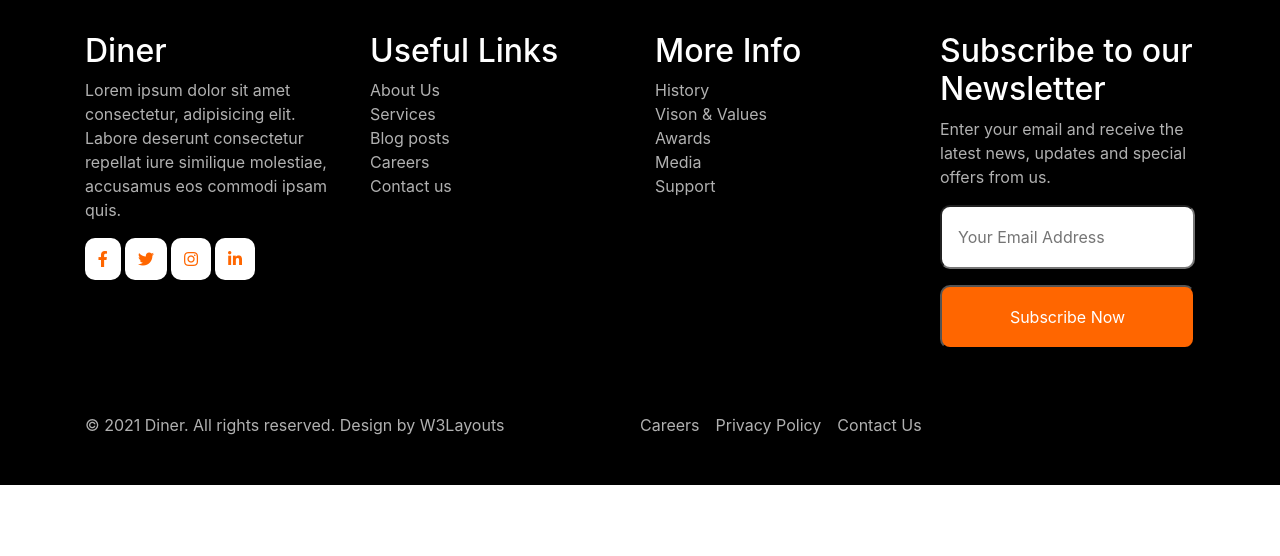
Repository: ngoctinvo/diner_project_cybersoft
Page: index.html
These files come from the project's save history. The page is drawn as it stood at one moment and after a run of saves; the edit follows.
The browser window is 1280 px wide. The pictures show the whole page.
Some web libraries are served in a nearby version. The style sheet was rebuilt from its Sass, Less or Tailwind sources for each picture, by a compiler version that may differ from the author's.

Above is the page before, as saved 2022-04-16 15:45:44.
Not found: js/index.js

### index.html
<!DOCTYPE html>
<html lang="en">

<head>
    <meta charset="UTF-8">
    <meta http-equiv="X-UA-Compatible" content="IE=edge">
    <meta name="viewport" content="width=device-width, initial-scale=1.0">
    <title>Document</title>
    <link rel="stylesheet" href="https://cdnjs.cloudflare.com/ajax/libs/font-awesome/6.1.1/css/all.min.css" />
    <link rel="stylesheet" href="https://cdnjs.cloudflare.com/ajax/libs/aos/2.3.4/aos.css" />
    <link rel="stylesheet" href="https://cdnjs.cloudflare.com/ajax/libs/animate.css/4.1.1/animate.min.css" />
    <link rel="stylesheet" href="https://cdnjs.cloudflare.com/ajax/libs/slick-carousel/1.8.1/slick.min.css" />
    <link rel="stylesheet" href="https://cdnjs.cloudflare.com/ajax/libs/slick-carousel/1.8.1/slick-theme.min.css" />
    <link rel="stylesheet" href="https://cdn.jsdelivr.net/npm/bootstrap@4.6.0/dist/css/bootstrap.min.css" />
    <link rel="stylesheet" href="https://cdnjs.cloudflare.com/ajax/libs/font-awesome/5.15.4/css/all.min.css" />
    <link rel="stylesheet" href="./css/index.css">
</head>

<body>
    <header></header>
    <footer class="footer">
        <div class="container">
            <div class="infor">
                <div class="row">
                    <div class="col-lg-3 col-md-6 col-sm-12">
                        <div class="item diner">
                            <h2>Diner</h2>
                            <p>Lorem ipsum dolor sit amet consectetur, adipisicing elit. Labore deserunt consectetur repellat iure similique molestiae, accusamus eos commodi ipsam quis.</p>
                            <div class="icon">
                                <i class="fab fa-facebook-f"></i>
                                <i class="fab fa-twitter"></i>
                                <i class="fab fa-instagram"></i>
                                <i class="fab fa-linkedin-in"></i>
                            </div>
                        </div>
                    </div>

                    <div class="col-lg-3 col-md-6 col-sm-12">
                        <div class="item userful-links">
                            <h2>Useful Links</h2>
                            <div class="list">
                                <a href="#">About Us</a>
                                <a href="#">Services</a>
                                <a href="#">Blog posts</a>
                                <a href="#">Careers</a>
                                <a href="#">Contact us</a>
                            </div>


                        </div>
                    </div>
                    <div class="col-lg-3 col-md-6 col-sm-12">
                        <div class="item more-info">
                            <h2>More Info</h2>
                            <div class="list">
                                <a href="#">History</a>
                                <a href="#">Vison & Values</a>
                                <a href="#">Awards</a>
                                <a href="#">Media</a>
                                <a href="#">Support</a>
                            </div>

                        </div>
                    </div>
                    <div class="col-lg-3 col-md-6 col-sm-12">
                        <div class="item subscribe">
                            <h2>Subscribe to our Newsletter</h2>
                            <p>Enter your email and receive the latest news, updates and special offers from us.</p>
                            <input type="text" placeholder="Your Email Address">
                            <button>Subscribe Now</button>
                        </div>
                    </div>
                </div>
            </div>
            <div class="copyright">
                <div class="row">
                    <div class="right col-lg-6 col-md-12">
                        <p>&copy; 2021 Diner. All rights reserved. Design by W3Layouts</p>
                    </div>
                    <div class="nav col-lg-6 col-md-12">
                        <ul>
                            <li><a href="#">Careers</a></li>
                            <li><a href="#">Privacy Policy</a></li>
                            <li><a href="#">Contact Us</a></li>
                        </ul>
                    </div>
                </div>

            </div>
        </div>
    </footer>
    <script src="https://code.jquery.com/jquery-3.6.0.min.js"></script>
    <script src="https://cdnjs.cloudflare.com/ajax/libs/aos/2.3.4/aos.js"></script>
    <script type="text/javascript" src="//cdn.jsdelivr.net/npm/slick-carousel@1.8.1/slick/slick.min.js"></script>
    <script src="https://cdnjs.cloudflare.com/ajax/libs/popper.js/1.14.7/umd/popper.min.js"></script>
    <script src="https://stackpath.bootstrapcdn.com/bootstrap/4.3.1/js/bootstrap.min.js"></script>
    <script src="./js/index.js"></script>
</body>

</html>

### sass/index.scss
* {
    margin: 0;
    padding: 0;
    box-sizing: border-box;
}

.footer {
    background-color: black;
    color: rgb(177, 177, 177);
    a {
        color: rgb(177, 177, 177);
    }
    a:hover {
        color: #ff6600;
        text-decoration: none;
    }
    .infor {
        .item {
            margin: 2rem 0;
        }
        h2 {
            color: white;
        }
        .icon i {
            padding: 0.8rem;
            color: #ff6600;
            border-radius: 10px;
            background-color: white;
            font-size: 1rem;
        }
        .list {
            display: flex;
            flex-direction: column;
        }
        .subscribe input {
            width: 100%;
            height: 4rem;
            border-radius: 10px;
            margin-bottom: 1rem;
            padding-left: 1rem;
        }
        .subscribe button {
            width: 100%;
            height: 4rem;
            border-radius: 10px;
            background-color: #ff6600;
            color: white;
        }
    }
    .copyright {
        padding: 2rem 0;
        .nav ul {
            display: flex;
            flex-direction: row;
            li {
                margin-right: 1rem;
                list-style-type: none;
            }
        }
    }
}


/*# sourceMappingURL=index.css.map */

After the next 2 saves:
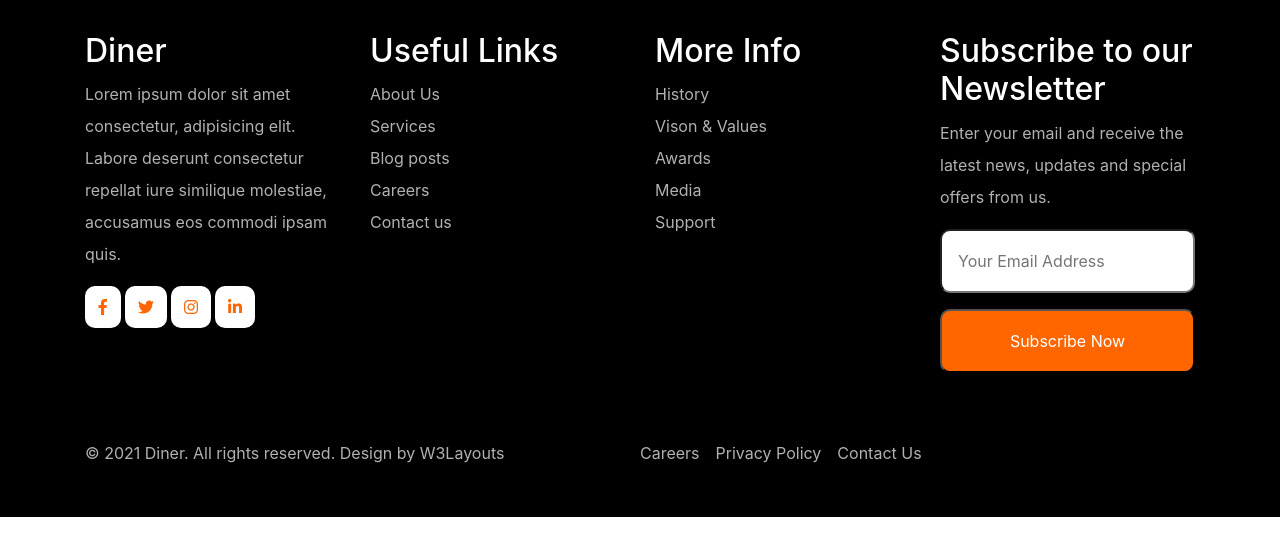
The 2 saves are shown as one change because they came seconds apart.
The last was saved 9 s later.
--- a/sass/index.scss
+++ b/sass/index.scss
@@ -6,6 +6,7 @@
 
 .footer {
     background-color: black;
+    line-height: 200%;
     color: rgb(177, 177, 177);
     a {
         color: rgb(177, 177, 177);
